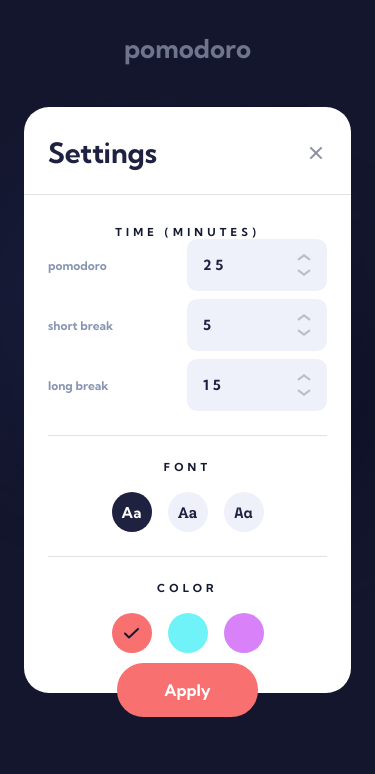
Repository: blordeus/pomodoro-app
Page: /, after clicking the first element matching `button.settings-trigger`
These files come from the project's save history. The page is drawn as it stood at one moment and after the next save; the edit follows.
The browser window is 375 px wide. The pictures show the whole page.
The project was rebuilt for these pictures with package versions that can differ from the ones it lists, and the page was loaded fresh each time.

Above is the page before, as saved 2026-05-09 18:33:23.

After the next save:
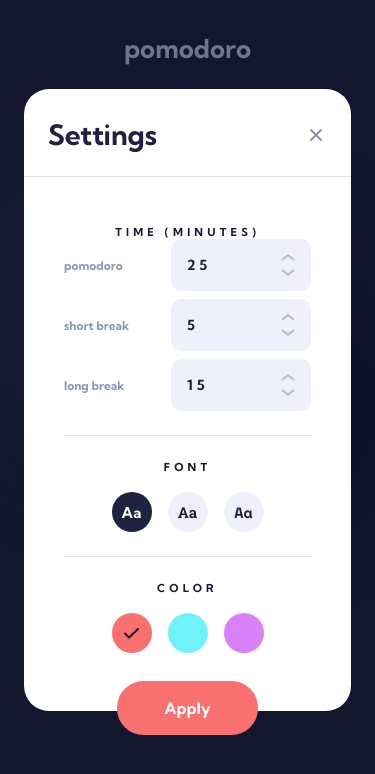
Saved 7 s later.
--- a/src/index.css
+++ b/src/index.css
@@ -481,7 +481,7 @@ button {
   }
 
   .modal__body {
-    padding: 6px 24px;
+    padding: px 24px;
   }
 
   .modal__section--row {
